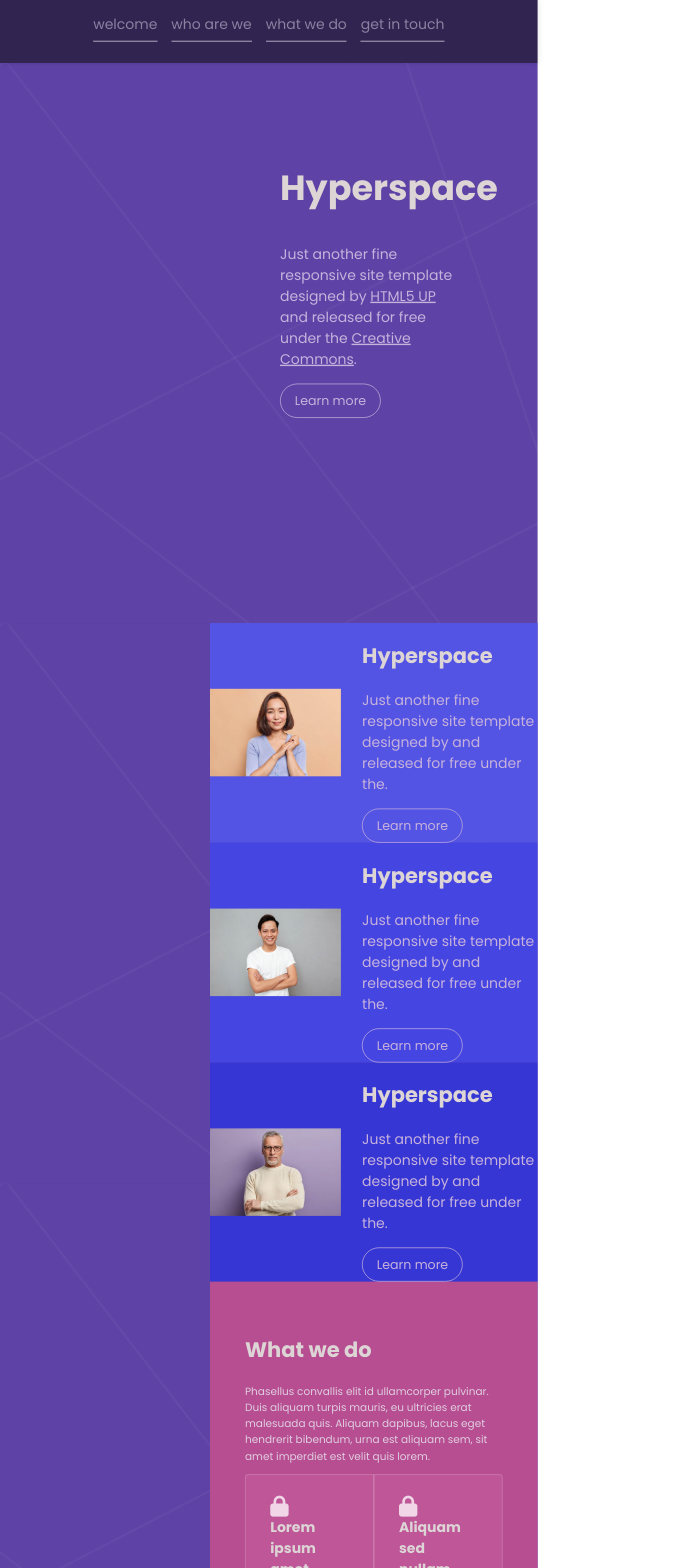
Repository: zai31/KIMIT_Tasks
Page: JsSession8/index.html
These files come from the project's save history. The page is drawn as it stood at one moment and after a run of saves; the edit follows.
The browser window is 768 px wide. The page is 909 px wide, then 961 px, so the pictures cover 961 px, including what lies to the right of the window. The pictures show the part of the page from y = 0 to 2240 px (the page is 4459 px tall before and 3701 px after), at 70% of full size.
Backgrounds fixed to the window are drawn as part of the page.

Above is the page before, as saved 2025-09-16 17:00:43.

After the next 2 saves:
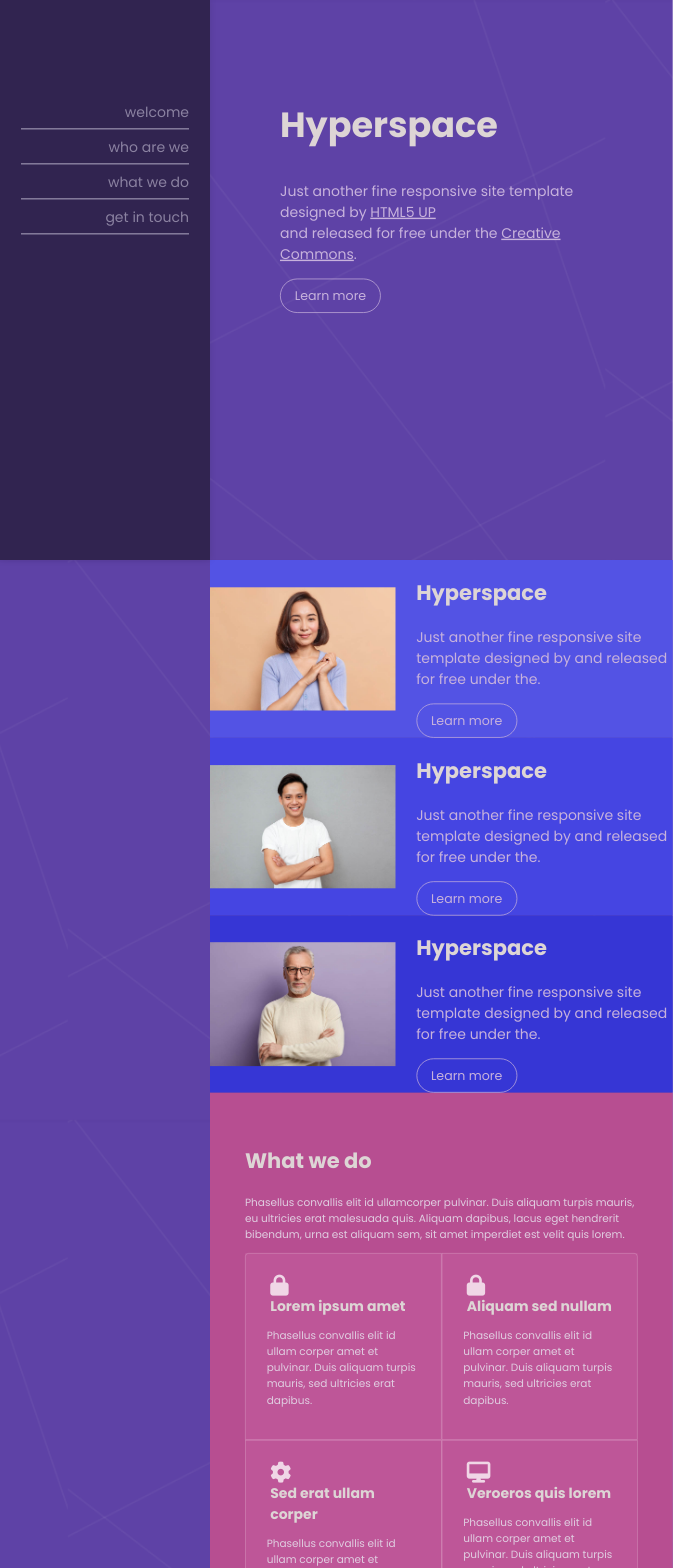
The 2 saves are shown as one change because they came seconds apart.
The last was saved 13 s later.
--- a/JsSession8/CSS/style.css
+++ b/JsSession8/CSS/style.css
@@ -46,43 +46,6 @@ body {
     box-shadow: 0 0 10px rgba(0, 0, 0, 0.1);
 }
 
-/*****respponsive *****/
-@media screen and (max-width: 768px) {
-  .flex-section {
-    flex-direction: column; /* stack menu on top */
-  }
-
-  .flex-section .menu {
-    position: relative;   /* no longer fixed on side */
-    width: 100%;
-    height: auto;
-    min-height: auto;
-    padding: 20px;
-    display: flex;
-    justify-content: center;
-    align-items: center;
-  }
-
-  .flex-section .menu ul {
-    display: flex;
-    flex-direction: row;
-    justify-content: center;
-    gap: 20px;
-    text-align: center;
-    width: 100%;
-  }
-
-  .flex-section .menu ul li {
-    margin: 0;
-    padding: 0;
-  }
-
-  .flex-section .section {
-    padding-left: 0; /* remove left offset since sidebar is gone */
-  }
-
-
-}
 
 
 .flex-section .menu ul {
